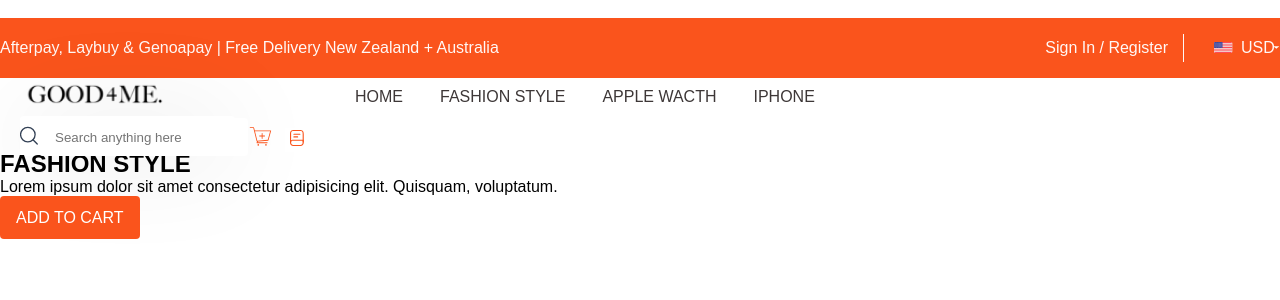
Repository: ThuatDev/shoppe_ale
Page: index.html
The author's editor kept a copy of each file at every save. The page is drawn from the files as they stood at one save, then again after the next save.
The browser window is 1280 px wide. The pictures show the whole page.
Some web fonts or font styles are not loaded; a fallback is used.

Above is the page before, as saved 2023-08-07 17:54:26.

After the next save:
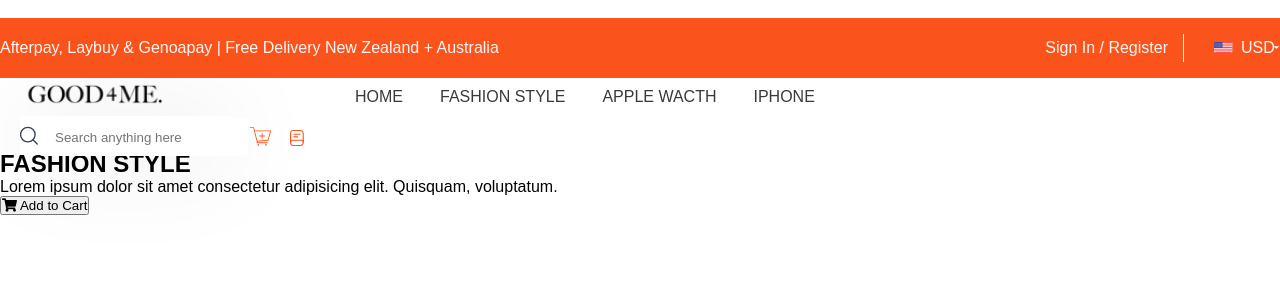
Saved 103 s later.
--- a/index.html
+++ b/index.html
@@ -305,12 +305,10 @@
           </p>
         </div>
         <div class="banner-bnt">
-          <!-- icon cart nằm trước chữ  add to cart trong nut button -->
-          <button class="btn-cart">
-            <div class="icon-cart-"></div>
-            <p class="add-to-cart">ADD TO CART</p>
-          </button>
-        </div>
+        <button class="add-to-cart-button">
+    <i class="cart-icon fas fa-shopping-cart"></i>
+    Add to Cart
+  </button>
       </div>
     </section>
   </body>
